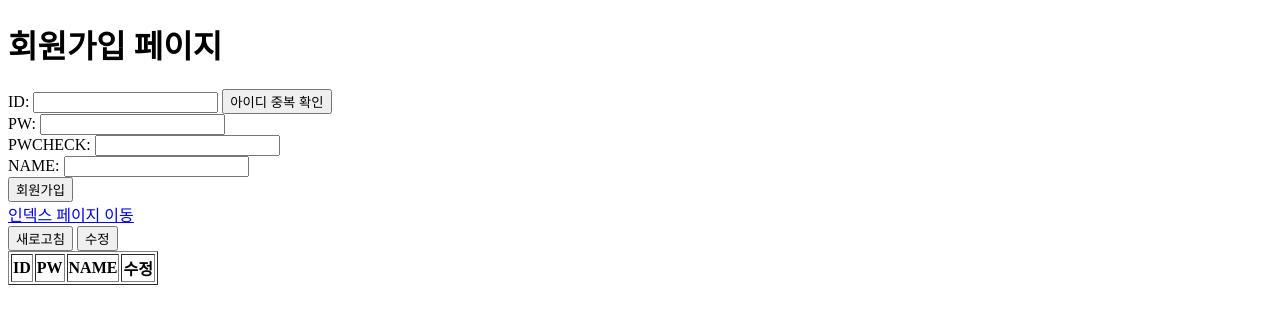
Repository: smallomg/bg-spring
Page: http://localhost/demo4-1/WEB-INF/views/signup.jsp
The author's editor kept a copy of each file at every save. The page is drawn from the files as they stood at one save, then again after the next save.
The browser window is 1280 px wide. The pictures show the whole page.
The page is served by Tomcat 9. Nobody is signed in. Other server files are loaded and not shown. The template is opened directly, without the code that normally fills it, so the values that code supplies are empty.

Above is the page before, as saved 2025-05-08 03:04:51.

### ldy_spring/demo4-1/src/main/webapp/WEB-INF/views/signup.jsp
<%@ page language="java" contentType="text/html; charset=UTF-8"
	pageEncoding="UTF-8"%>
<!DOCTYPE html>
<html>
<head>
<meta charset="UTF-8">
<title>회원가입 페이지</title>
</head>
<body>
	<h1>회원가입 페이지</h1>
	<form action="SignUp" method="post" onsubmit="return validateForm()">
		ID: <input type="text" id="id" name="id">
		<button type="button" onclick="idcheck()">아이디 중복 확인</button>
		<br> PW: <input type="password" id="pw" name="pw"><br>
		PWCHECK: <input type="password" id="pwcheck" name="pwcheck"
			onblur="pwCheck()"><br> NAME: <input type="text"
			id="name" name="name"><br> <input type="submit"
			value="회원가입">
	</form>
	<div id="demo1"></div>
	<div id="demo2"></div>
	<a href="/">인덱스 페이지 이동</a>
	<br>

	<button type="button" onclick="selectAll()">새로고침</button>
	<button type="button" onclick="update()">수정</button>
	<br>
	<table border="1">
		<thead>
			<tr>
				<th>ID</th>
				<th>PW</th>
				<th>NAME</th>
				<th>수정</th>
			</tr>
		</thead>
		<tbody id="tbody">

		</tbody>
	</table>
	<script>
		function selectAll() {
			const xhr = new XMLHttpRequest();
			xhr.onload = function() {
				const list = JSON.parse(xhr.responseText);
				let html = "";
				for (let i = 0; i < list.length; i++) {
					html += "<tr>"+
					"<td>" + list[i].id + "</td>" +
					"<td>"+ list[i].pw + "</td>" +
					"<td>" + list[i].name + "</td>"+
					"</tr>";

				}
				document.getElementById('tbody').innerHTML = html;
			}

			xhr.open('GET', '/selectAll');
			xhr.send();
		}
	</script>

	<script>
		let idValid = false;
		function idcheck() {
			const id = document.getElementById('id').value;
			if (!id) {
				alert('아이디를 입력하세요.');
				return;
			}
			const xhr = new XMLHttpRequest();
			xhr.onload = function() {
				if (xhr.responseText === "1") {
					document.getElementById('demo1').innerHTML = "사용중인 아이디 입니다";
					idValid = false;
				} else {
					document.getElementById('demo1').innerHTML = "사용가능한 아이디";
					idValid = true;
				}

			}
			xhr.open('GET', '/idcheck?id=' + id);
			xhr.send();
		}

		let pwValid = false;
		function pwCheck() {
			const pw = document.getElementById('pw').value;
			const pwcheck = document.getElementById('pwcheck').value;

			const xhr = new XMLHttpRequest();
			xhr.onload = function() {
				if (xhr.responseText == "1") {
					document.getElementById('demo2').innerHTML = "비밀번호가 다릅니다";
					pwValid = false;
				} else {
					document.getElementById('demo2').innerHTML = "비밀번호가 같습니다";
					pwValid = true;
				}

			}
			xhr.open('GET', '/pwCheck?pw=?' + pw + '&pwcheck=?' + pwcheck);
			xhr.send();
		}

		function validateForm() {
			if (!idValid) {
				alert('아이디 중복 확인을 해주세요.');
				return false;
			}
			if (!pwValid) {
				alert('비밀번호가 일치하지 않습니다.');
				return false;
			}
			return true;
		}
	</script>
</body>
</html>

After the next save:
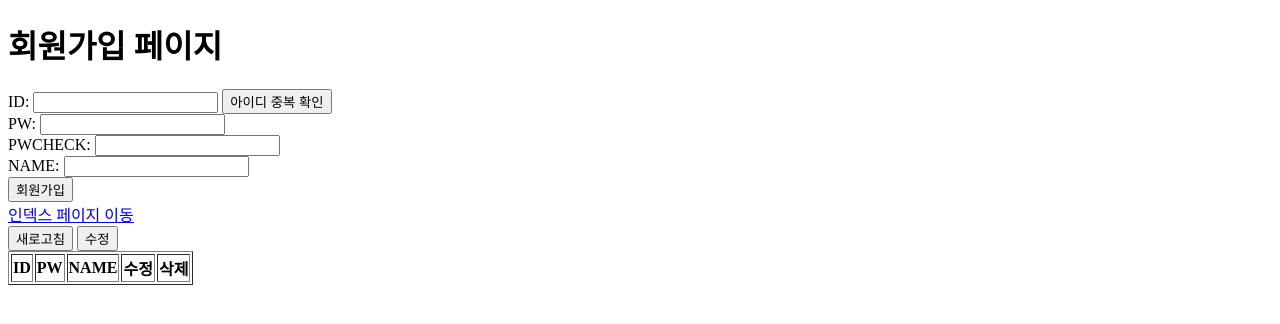
Saved 3 min 5 s later.
--- a/ldy_spring/demo4-1/src/main/webapp/WEB-INF/views/signup.jsp
+++ b/ldy_spring/demo4-1/src/main/webapp/WEB-INF/views/signup.jsp
@@ -32,6 +32,7 @@
 				<th>PW</th>
 				<th>NAME</th>
 				<th>수정</th>
+				<th>삭제</th>
 			</tr>
 		</thead>
 		<tbody id="tbody">
